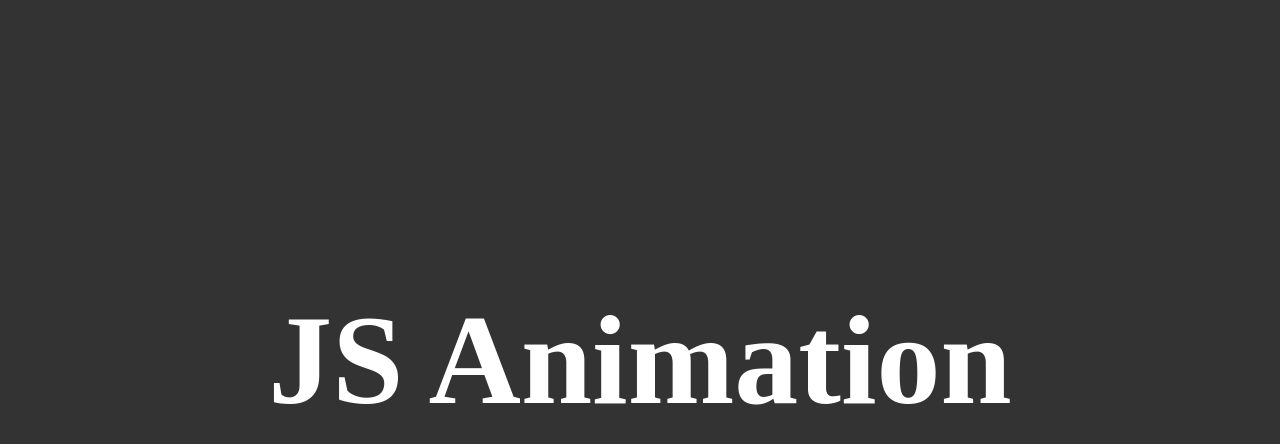
Repository: honghyunAhn/DailyFront
Page: Day210214_CSS_&_Javascript_Background_Animation_Effects/index.html
The author's editor kept a copy of each file at every save. The page is drawn from the files as they stood at one save, then again after the next save.
The browser window is 1280 px wide. The pictures show the whole page.

Above is the page before, as saved 2021-02-14 20:25:31.

### Day210214_CSS_&_Javascript_Background_Animation_Effects/index.html
<!DOCTYPE html>
<html lang="en">
<head>
    <meta charset="UTF-8">
    <meta http-equiv="X-UA-Compatible" content="IE=edge">
    <meta name="viewport" content="width=device-width, initial-scale=1.0">
    <title>CSS & Javascript Background Animation Effects</title>
    <link rel="stylesheet" href="style.css">
</head>
<body>
    <section>
        <h2>JS Animation</h2>
        <div class="banner">
            <div class="blocks"></div>
        </div>
    </section>
</body>
</html>

### Day210214_CSS_&_Javascript_Background_Animation_Effects/style.css
@import url("https://fonts.googleapis.com/css?family=Poppins:200,300,400,500,600,700,800,900&display=swap");
* {
  margin: 0;
  padding: 0;
  font-family: "Poppins" sans-serif;
}
section {
  position: relative;
  width: 100%;
  height: 100vh;
  background: #333;
}
section h2 {
  position: relative;
  width: 100%;
  height: 100vh;
  text-align: center;
  line-height: 100vh;
  font-size: 10vw;
  color: #fff;
  font-weight: 700;
}
.banner {
  position: absolute;
  top: 0;
  left: 0;
  width: 100%;
  height: 100%;
  overflow: hidden;
  display: flex;
}

After the next save:
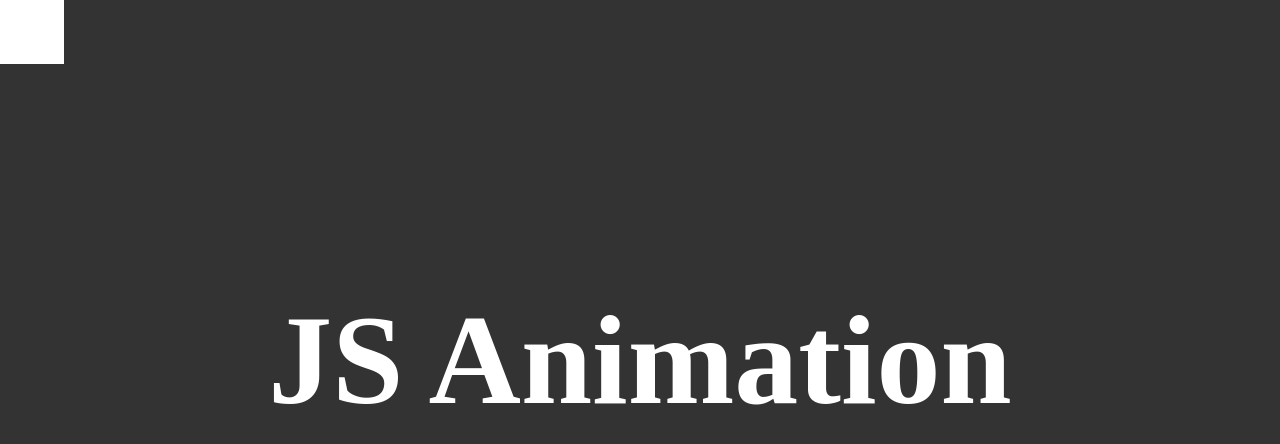
Saved 2 min 38 s later.
--- a/Day210214_CSS_&_Javascript_Background_Animation_Effects/style.css
+++ b/Day210214_CSS_&_Javascript_Background_Animation_Effects/style.css
@@ -29,3 +29,24 @@ section h2 {
   overflow: hidden;
   display: flex;
 }
+.banner .blocks {
+  position: relative;
+  display: block;
+  width: 5vw;
+  height: 5vw;
+  background: #fff;
+  animation: animate 0.75s ease-in-out forwards;
+}
+@keyframes animate {
+  0% {
+    opacity: 0;
+    transform: scale(0) translateY(1000px);
+  }
+  50% {
+    opacity: 1;
+  }
+  100% {
+    opacity: 1;
+    transform: scale(1) translateY(0px);
+  }
+}
